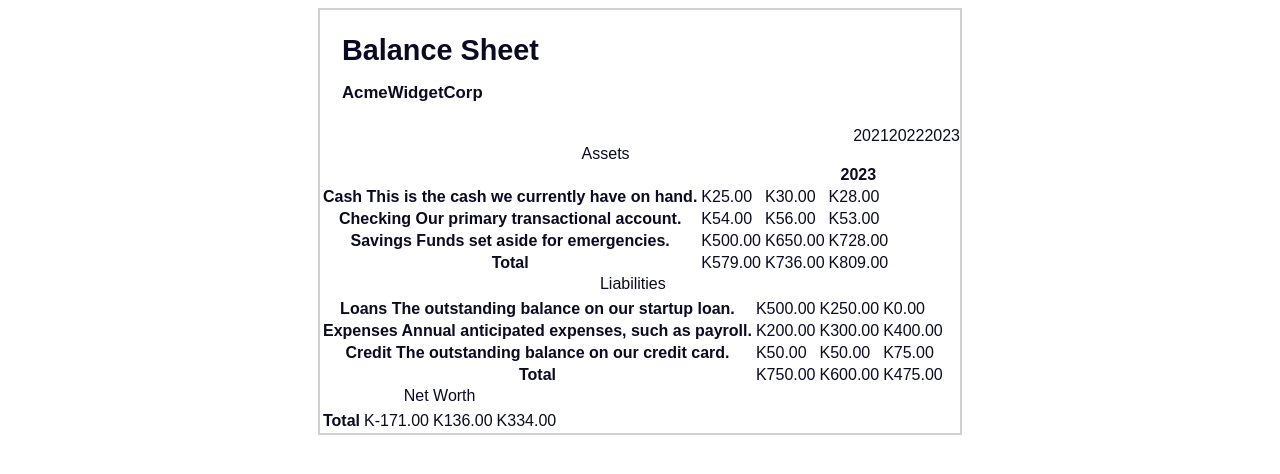
Repository: Lungdjos/balance_shee
Page: index.html
The author's editor kept a copy of each file at every save. The page is drawn from the files as they stood at one save, then again after the next save.
The browser window is 1280 px wide. The pictures show the whole page.

Above is the page before, as saved 2023-11-04 09:08:24.

After the next save:
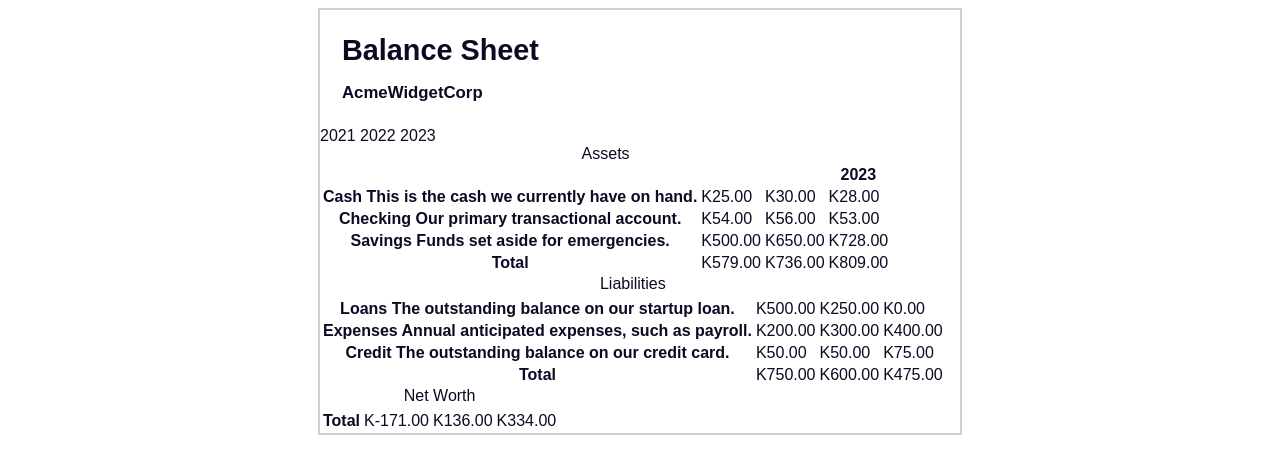
Saved 108 s later.
--- a/styles.css
+++ b/styles.css
@@ -1,4 +1,15 @@
-/* general styling */
+span[class~="sr-only"] {
+    border: 0;
+    clip: rect(1px, 1px, 1px, 1px);
+    clip-path: inset(50%);
+    height: 1px;
+    width: 1px;
+    position: absolute;
+    overflow: hidden;
+    white-space: nowrap;
+    padding: 0;
+    margin: -1px;
+}
 
 html {
     box-sizing: border-box;
@@ -8,22 +19,6 @@ body {
     font-family: sans-serif;
     color: #0a0a23;
 }
-
-span[class~="sr-only"] {
-    border: 0;
-    clip: rect(1px, 1px, 1px, 1px);
-    clip-path: inset(50%);
-    width: 1px;
-    height: 1px;
-    overflow: hidden;
-    white-space: nowrap;
-    position: absolute;
-    padding: 0;
-    margin: 1px;
-}
-
-
-/* table styling */
 
 h1 {
     max-width: 37.25rem;
@@ -38,7 +33,7 @@ h1 .flex {
 }
 
 h1 .flex span:first-of-type {
-    font-size: .7em;
+    font-size: 0.7em;
 }
 
 h1 .flex span:last-of-type {
@@ -50,10 +45,3 @@ section {
     margin: 0 auto;
     border: 2px solid #d0d0d5;
 }
-
-#years {
-    position: sticky;
-    top: 0;
-    display: flex;
-    justify-content: flex-end;
-}

After the save that followed:
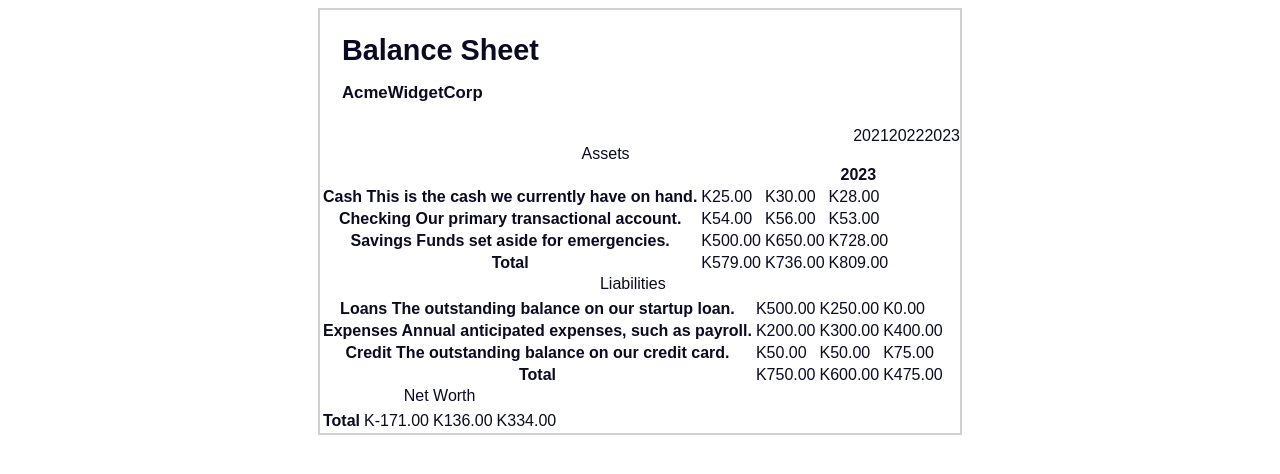
Saved 52 s later.
--- a/styles.css
+++ b/styles.css
@@ -1,15 +1,4 @@
-span[class~="sr-only"] {
-    border: 0;
-    clip: rect(1px, 1px, 1px, 1px);
-    clip-path: inset(50%);
-    height: 1px;
-    width: 1px;
-    position: absolute;
-    overflow: hidden;
-    white-space: nowrap;
-    padding: 0;
-    margin: -1px;
-}
+/* general styling */
 
 html {
     box-sizing: border-box;
@@ -19,6 +8,22 @@ body {
     font-family: sans-serif;
     color: #0a0a23;
 }
+
+span[class~="sr-only"] {
+    border: 0;
+    clip: rect(1px, 1px, 1px, 1px);
+    clip-path: inset(50%);
+    width: 1px;
+    height: 1px;
+    overflow: hidden;
+    white-space: nowrap;
+    position: absolute;
+    padding: 0;
+    margin: 1px;
+}
+
+
+/* table styling */
 
 h1 {
     max-width: 37.25rem;
@@ -33,7 +38,7 @@ h1 .flex {
 }
 
 h1 .flex span:first-of-type {
-    font-size: 0.7em;
+    font-size: .7em;
 }
 
 h1 .flex span:last-of-type {
@@ -45,3 +50,10 @@ section {
     margin: 0 auto;
     border: 2px solid #d0d0d5;
 }
+
+#years {
+    position: sticky;
+    top: 0;
+    display: flex;
+    justify-content: flex-end;
+}
